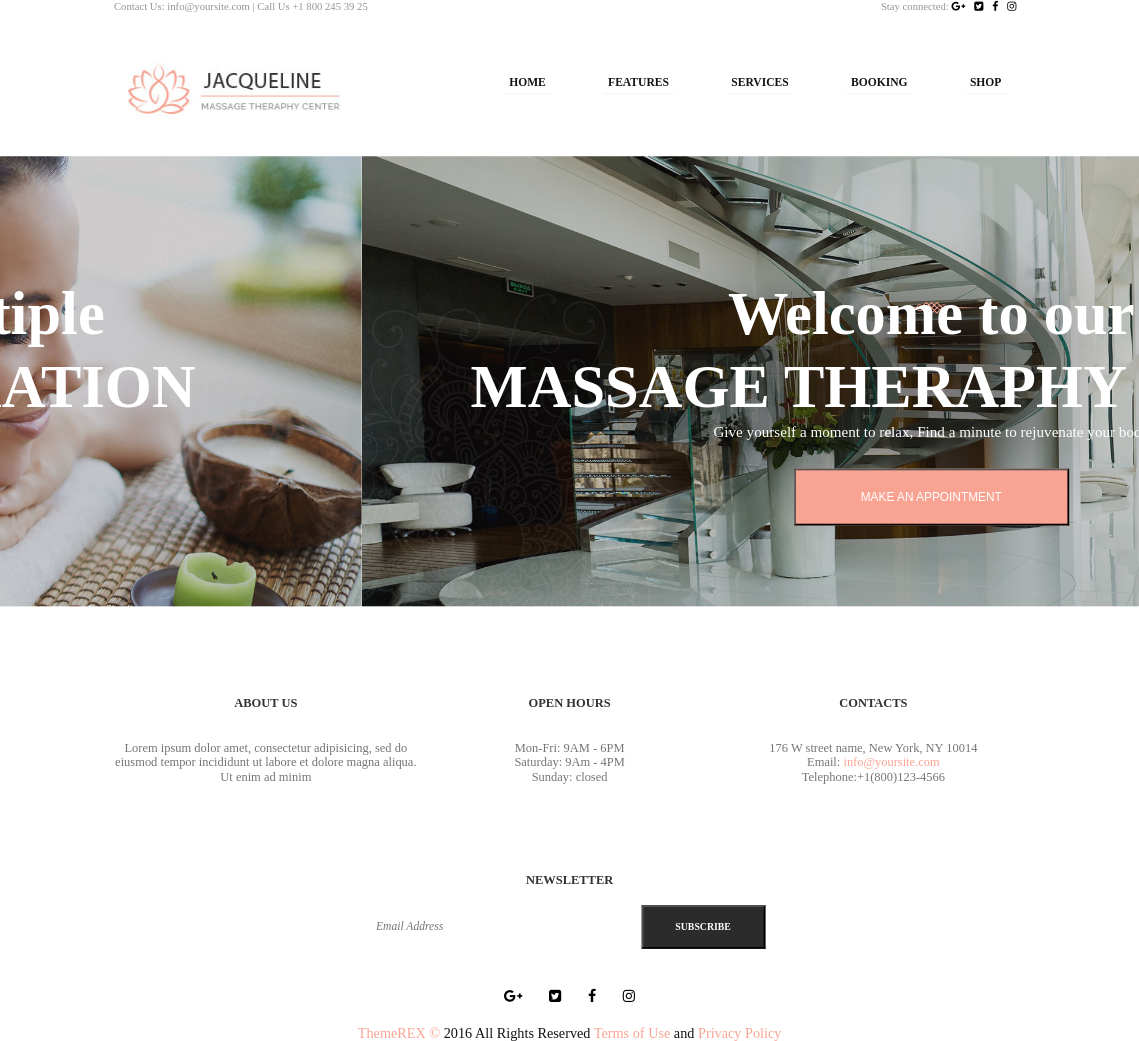
Repository: Kursorr/staticwebsite
Page: Beauty Bio/index.html
The author's editor kept a copy of each file at every save. The page is drawn from the files as they stood at one save, then again after the next save.
The browser window is 1280 px wide. The pictures show the whole page, at 89% of full size.

Above is the page before, as saved 2017-09-13 19:40:01.

After the next save:
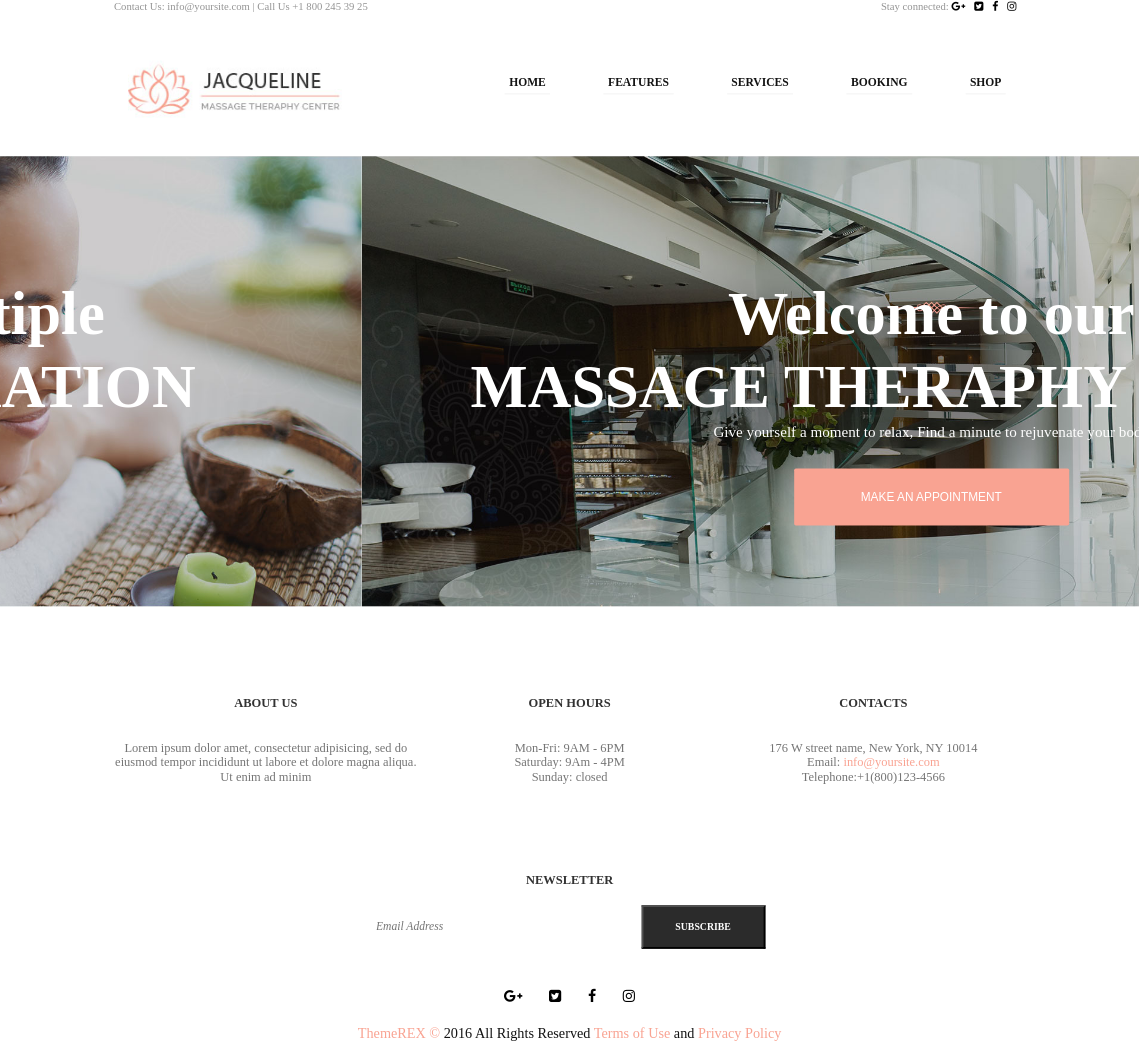
Saved 15 days later.
--- a/Beauty Bio/style.css
+++ b/Beauty Bio/style.css
@@ -140,8 +140,10 @@ body > section#header_nav {
     }
 
     .centeredText > button {
-        margin-top:30px;
+        margin-top: 30px;
         background-color: rgb( 249, 163, 146 );
+        border: none;
+        border-radius: 2px;
         width: 309px;
         height: 64px;
         color: white;
